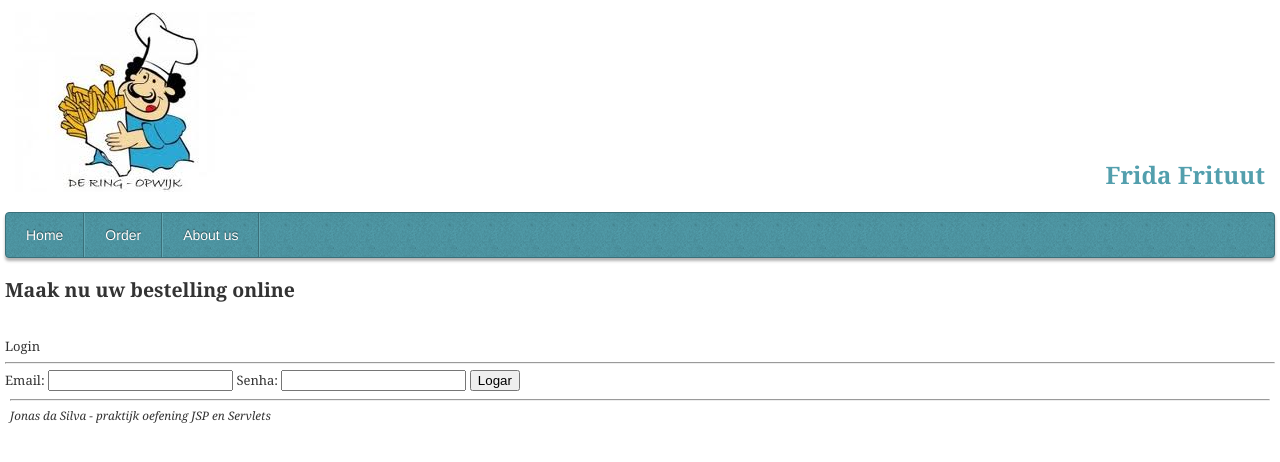
Repository: Projetos-intec/workspace-JavaWebJSP
Page: http://localhost/FrituurFrida/othert.jsp
These files come from the project's save history. The page is drawn as it stood at one moment and after the next save; the edit follows.
The browser window is 1280 px wide. The pictures show the whole page.
The page is served by Tomcat 9. Other server files are loaded and not shown.

Above is the page before, as saved 2014-09-17 10:04:58.

### FrituurFrida/WebContent/othert.jsp
<%@ page language="java" contentType="text/html; charset=ISO-8859-1"
	pageEncoding="ISO-8859-1"%>
<!DOCTYPE html PUBLIC "-//W3C//DTD HTML 4.01 Transitional//EN" "http://www.w3.org/TR/html4/loose.dtd">
<html>
<head>
<head>
<meta http-equiv="Content-Type" content="text/html; charset=ISO-8859-1">
<title>Welkom bij Frituur Frida</title>
<link rel='stylesheet' href='styles/default.css' />
</head>
<body>
	<header>
	<div id='logo'>
		<img src='images/logo.jpg' alt='Frituur Frida' />
	</div>
	<div id='demotitel'>

		<h1>Frida Frituut</h1>
	</div>
	</header>
	<nav>
	<ul>
		<li><a href='welkom'>Home</a></li>
		<li><a href='order.jsp'>Order</a></li>
		<li><a href='aboutus.jsp'>About us</a></li>
	</ul>
	</nav>
	<article>
	<h2>Maak nu uw bestelling online</h2>
	<br />
		Login
			<hr />
	<form action="login" method="POST">
		Email: <input type="email" name="email" /> Senha: <input
			type="password" name="senha" /> <input type="submit" value="Logar" <input type="submit" value="Register"/>
	</form>

	<footer>
	<hr />
	Jonas da Silva - praktijk oefening JSP en Servlets </footer>
</body>
</html>

### FrituurFrida/WebContent/styles/default.css
body {
	font-family: Georgia, "Times New Roman", Times, serif;
	font-size: 13px;
	color: #333;
	background-color: #FFF;
	margin: 0;
	padding: 0;
}

p {
	padding: 10px;
}

h1 {
	font-size: 24px;
	color: #539FAD;
}

table {
	margin: 1em 0;
	border-collapse: collapse;

}

table caption {
	text-align: left;
	font-weight: bold;
	padding: 0 0 .3em;
	color: #003d5d;
}

table td,table th {
	text-align: left;
	border: 1px solid #b1d2e4;
	padding: 3px 20px;
	vertical-align: top;
}

table th {
	font-weight: bold;
    background: #EEE url(pattern.png) top left repeat;
}

table thead th {
	background: #ecf7fd;
}

header {
	height: 200px;
}

nav {
	width: auto;
	margin: 0 5px 0 5px;
}

nav ul,
nav li nav a {
  list-style: none;
  margin: 0;
  padding: 0;
  border: 0;
  font-size: 14px;
  font-family: Helvetica;
  line-height: 1;
}

nav ul {
  zoom: 1;
  background: #539fad url(pattern.png) top left repeat;
  -webkit-border-radius: 4px;
  -moz-border-radius: 4px;
  border-radius: 4px;
  border: 1px solid #3a707a;
  -moz-box-shadow: 0 3px 3px rgba(0, 0, 0, 0.3);
  -webkit-box-shadow: 0 3px 3px rgba(0, 0, 0, 0.3);
  box-shadow: 0 3px 3px rgba(0, 0, 0, 0.3);
}
nav ul:before {
  content: '';
  display: block;
}
nav ul:after {
  content: '';
  display: table;
  clear: both;
}
nav a,
nav a:link,
nav a:visited {
  padding: 15px 20px;
  display: block;
  text-decoration: none;
  color: #ffffff;
  text-shadow: 0 -1px 1px #214046;
  border-right: 1px solid #3a707a;
}
nav a:hover {
  color: #214046;
  text-shadow: 0 1px 1px #76b2bd;
}
nav li {
  float: left;
  border-right: 1px solid #64a9b5;
}
nav li:hover {
  background: #4a8f9c url(pattern.png) top left repeat;
}
nav li:first-child {
  border-left: none;
  -webkit-border-radius: 4px 0 0 4px;
  -moz-border-radius: 4px 0 0 4px;
  border-radius: 4px 0 0 4px;
}

header, article, footer {
	padding: 2px 5px 10px 5px;
}

footer {
	font-style: italic;
	font-size: 0.9em;
}

#logo {
	margin: 10px 0 -23px 10px;
	float: left;
}

#demotitel {
	margin: 140px 10px 0 0;
	float: right;

}

After the next save:
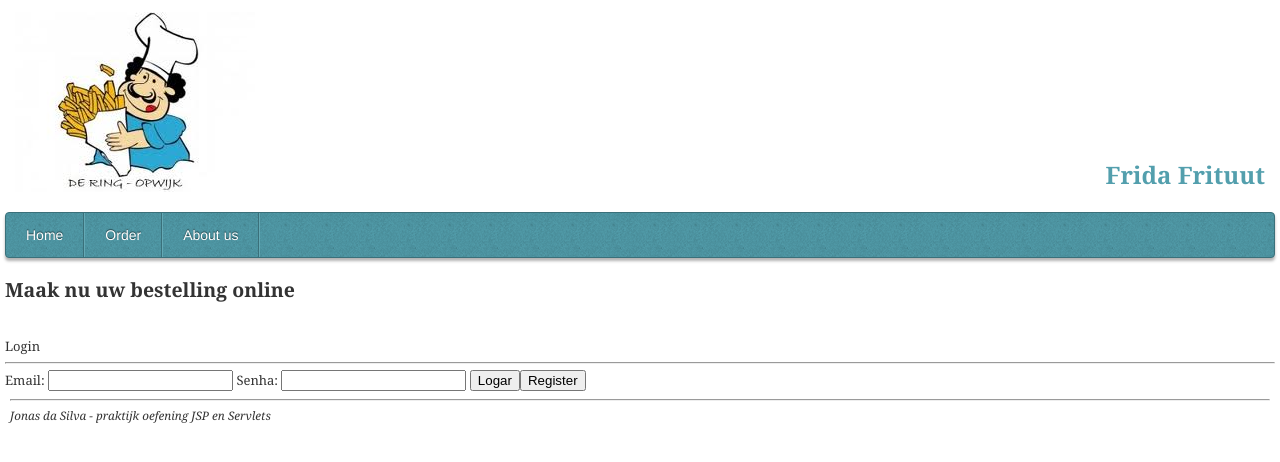
Saved 24 s later.
--- a/FrituurFrida/WebContent/othert.jsp
+++ b/FrituurFrida/WebContent/othert.jsp
@@ -32,7 +32,7 @@
 			<hr />
 	<form action="login" method="POST">
 		Email: <input type="email" name="email" /> Senha: <input
-			type="password" name="senha" /> <input type="submit" value="Logar" <input type="submit" value="Register"/>
+			type="password" name="senha" /> <input type="submit" value="Logar" /><input type="submit" value="Register"/>
 	</form>
 
 	<footer>
